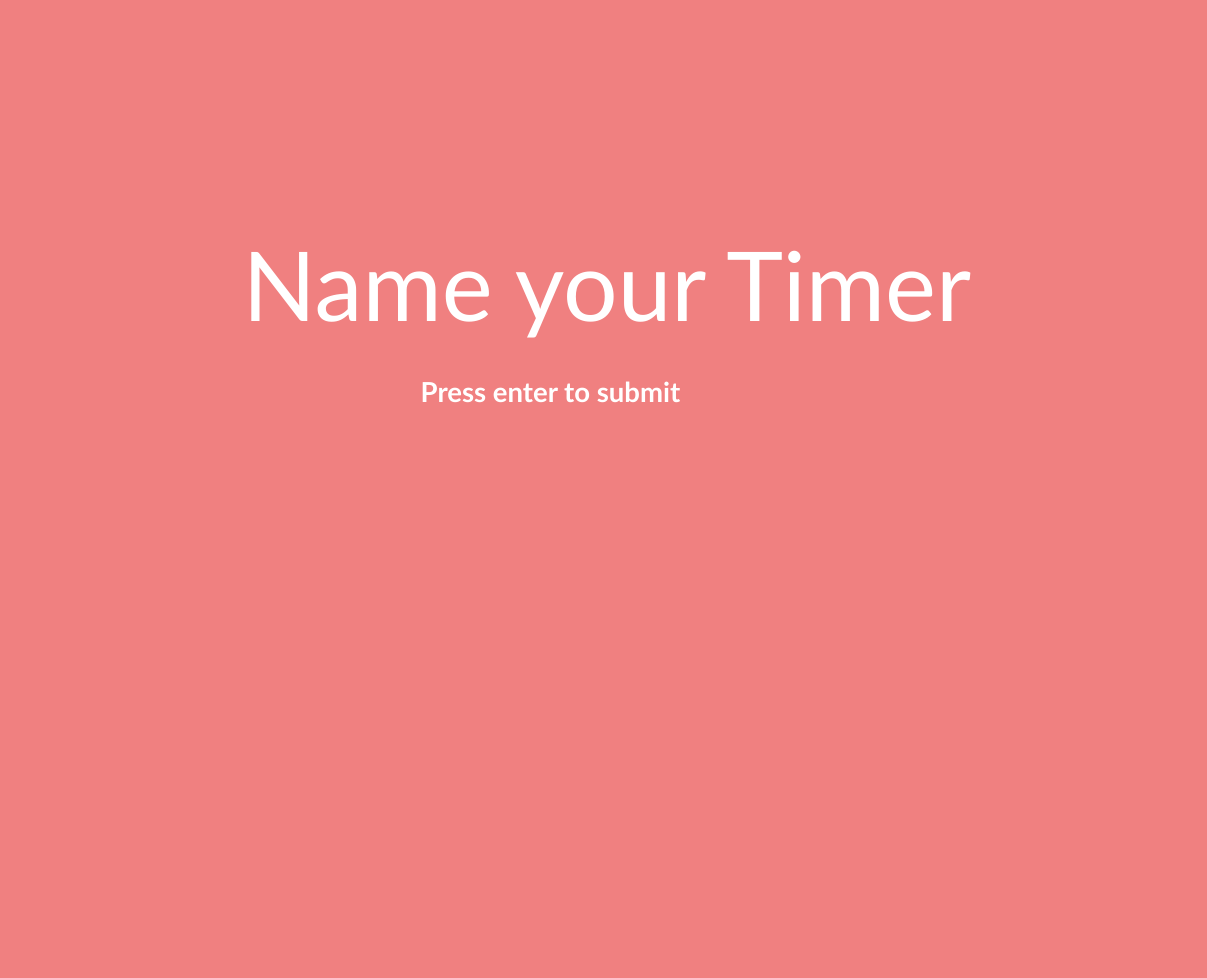
Repository: notMaximilian/countdown-timer
Page: index.html
These files come from the project's save history. The page is drawn as it stood at one moment and after the next save; the edit follows.
The browser window is 1280 px wide. The page is 1403 px wide, so the pictures cover 1403 px, including what lies to the right of the window. The pictures show the whole page, at 86% of full size.

Above is the page before, as saved 2021-12-24 23:14:49.

After the next save:
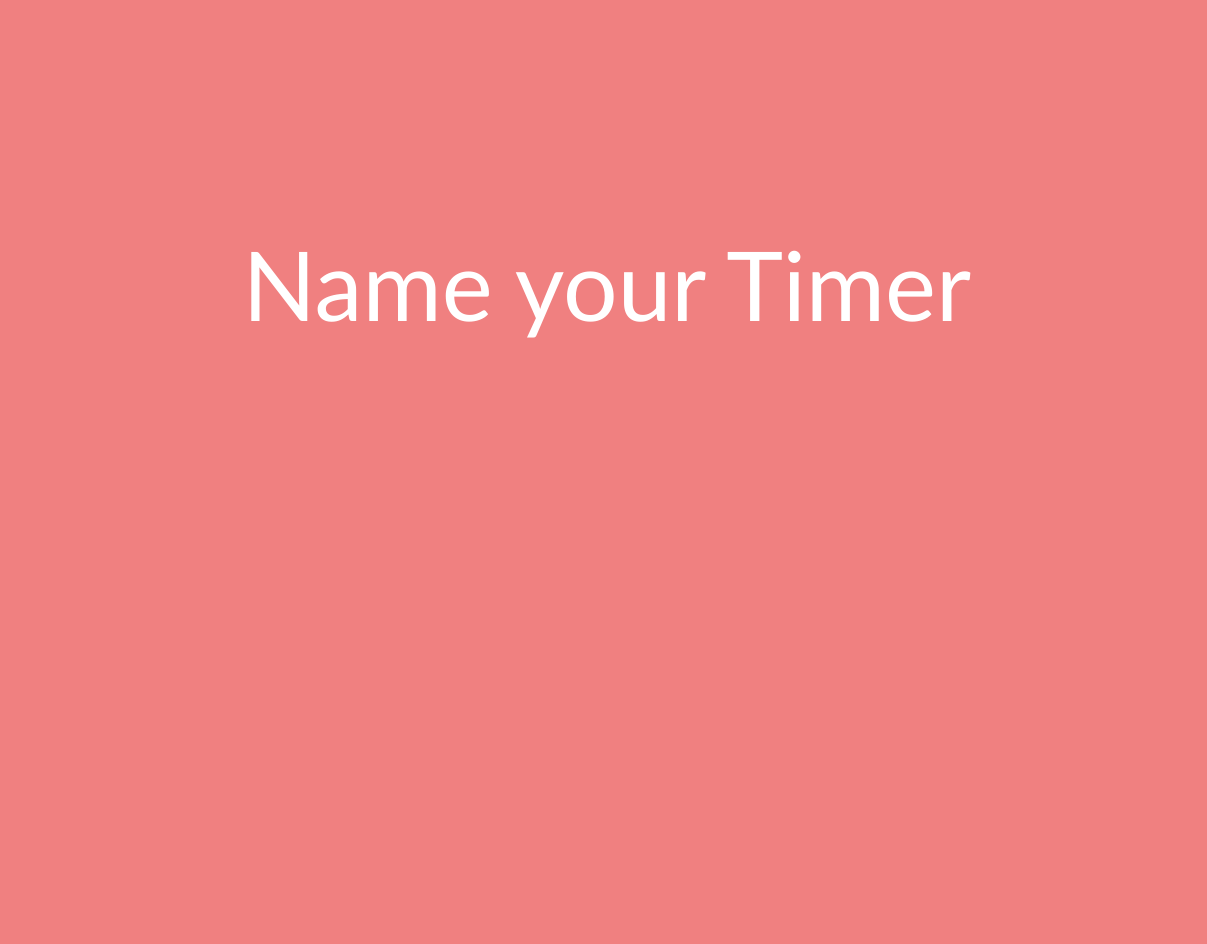
Console error: SyntaxError: Unexpected token '}'
Saved 7 s later.
--- a/app.js
+++ b/app.js
@@ -38,7 +38,7 @@
 
     let xmas = /Christmas/
     if (xmas.test(titleText)){
-
+        const snowflakes =
     }
 
     function countdown(){

After the save that followed:
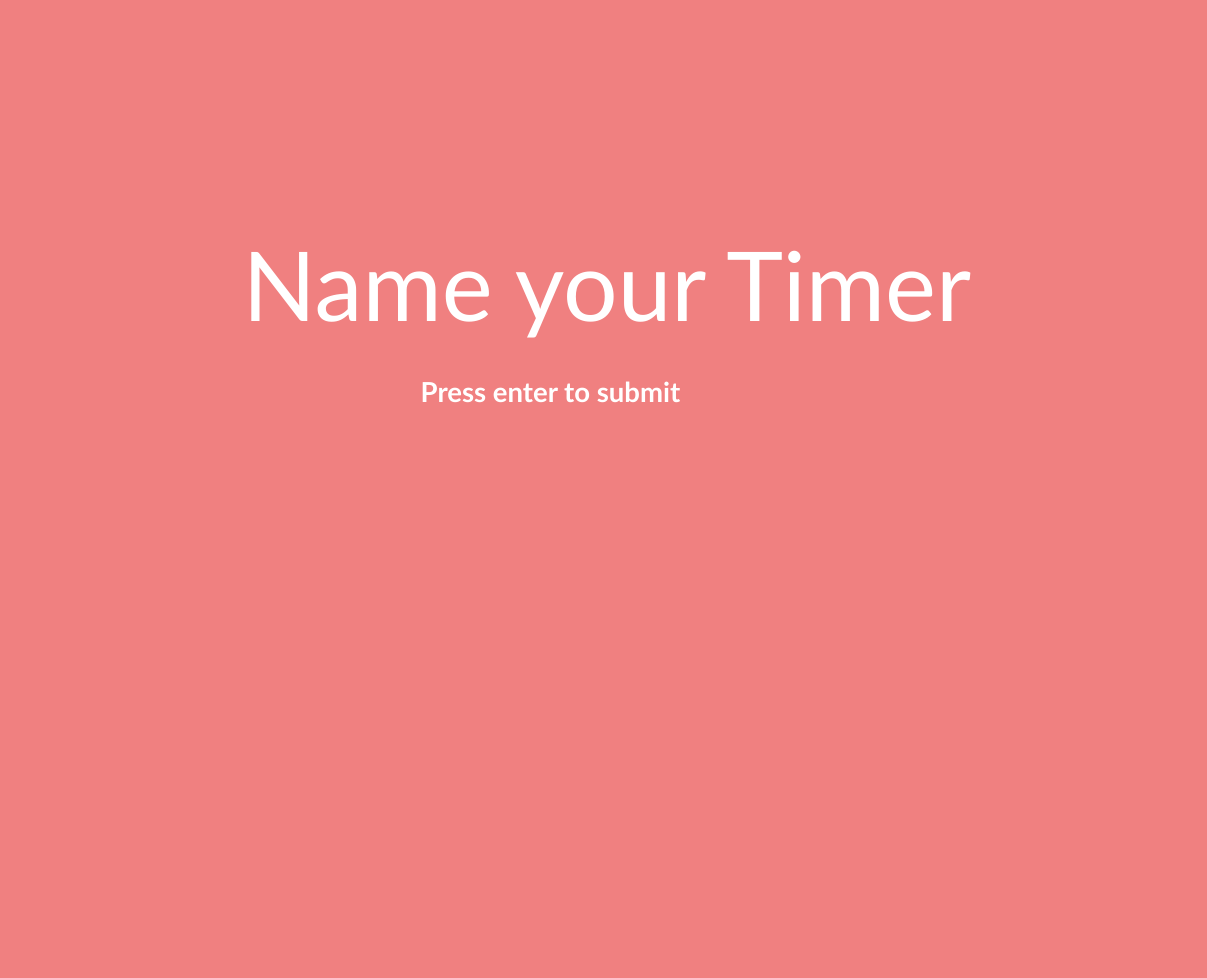
The error is gone.
Saved 6 s later.
--- a/app.js
+++ b/app.js
@@ -38,7 +38,7 @@
 
     let xmas = /Christmas/
     if (xmas.test(titleText)){
-        const snowflakes =
+        const snowflakes = document.getElementById()
     }
 
     function countdown(){
